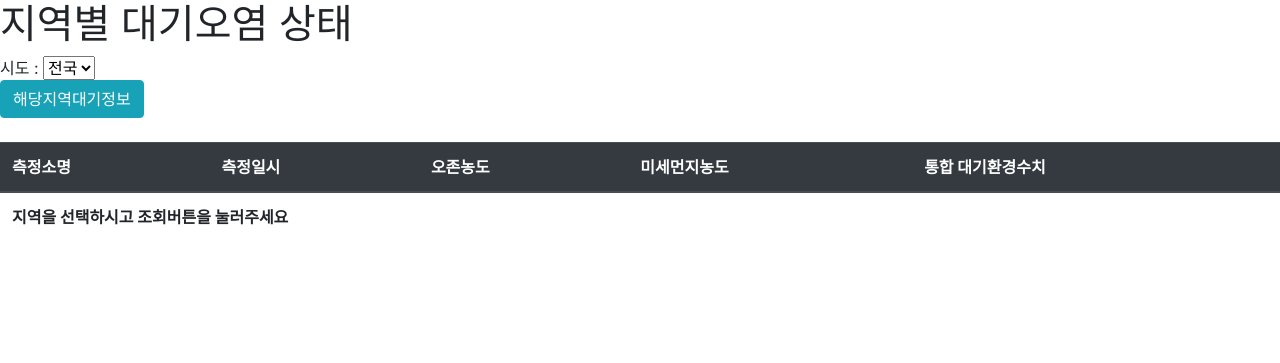
Repository: LeeSeongWook1/semi_Spring
Page: http://localhost/apiProject/
An editor plug-in stored every save of this project. The page is shown before and after the next save, followed by the edit.
The browser window is 1280 px wide. The pictures show the whole page.
The page is served by Tomcat 9. Other server files are loaded and not shown.

Above is the page before, as saved 2024-04-25 07:47:49.

### apiProject/src/main/webapp/index.jsp
<%@ page language="java" contentType="text/html; charset=UTF-8"
	pageEncoding="UTF-8"%>
<!DOCTYPE html>
<html>
<head>
<meta charset="UTF-8">
<title>Insert title here</title>
 <!-- jQuery 라이브러리 -->
    <script src="https://ajax.googleapis.com/ajax/libs/jquery/3.4.1/jquery.min.js"></script>
    <!-- 부트스트랩에서 제공하고 있는 스타일 -->
    <link rel="stylesheet" href="https://maxcdn.bootstrapcdn.com/bootstrap/4.5.2/css/bootstrap.min.css">
    <!-- 부트스트랩에서 제공하고 있는 스크립트 -->
    <script src="https://maxcdn.bootstrapcdn.com/bootstrap/4.5.2/js/bootstrap.min.js"></script>
</head>
<body>


	<h1>지역별 대기오염 상태</h1>

	시도 :
	<select id="sidoName">
		<option>전국</option>
		<option>서울</option>
		<option>부산</option>
		<option>대구</option>
		<option>인천</option>
		<option>광주</option>
		<option>대전</option>
		<option>울산</option>
		<option>경기</option>
		<option>경기</option>
		<option>강원</option>
		<option>충북</option>
		<option>충남</option>
		<option>전북</option>
		<option>전남</option>
		<option>경북</option>
		<option>경남</option>
		<option>제주</option>
		<option>세종</option>
	</select>

	<br>
	<button class="btn btn-info" id="btn1">해당지역대기정보</button>
	<br><br>


	<script>
		$(function(){
			$('#btn1').click(function(){
			/*
				$.ajax({
					url : 'air',
					data : {sidoName : $('#sidoName').val()},
					type : 'get',
					success : function(result){
						//console.log(result.response.body.items);

						const items = result.response.body.items;

						let str = '';
						for(let i in items){
							const item = items[i];

							str+= '<tr>'
								+ '<td>' +item.stationName+'</td>'
								+ '<td>' +item.dataTime + '</td>'
								+ '<td>' +item.o3Value+'</td>'
								+ '<td>' +item.pm10Value+'</td>'
								+ '<td>' +item.khaiValue+'</td>'
								+ '</tr>';
						}

						$('tbody').html();
					}
				});
				*/

				/*
					익명함수를 화살표 표기법을 이용해서 작성(가시성이 좋음)

					"function(){}"를 		"()=>{}"" 이렇게 작성할 수 있음

					"function(a){}"를		"a =>{}" 이렇게 작성할 수 있음

					"function(a,b){}"를 		"(a,b)=>{}"이렇게 작성할 수 있음

					"function(){return 'a'}"를  ()=>'a'"이렇게 작성할 수 있음

				*/

				$.ajax({
					url : 'xml',
					data : {sidoName : $('#sidoName').val()},
					type : 'get',
					success : data => {

						//console.log(data);

						//jQuery => find() : 기준이 되는 요소의 하위요소들 중 특정 요소를 찾을 떄 사용(HTML요소) -> XML 요소에도 사용가능

						//console.log($(data).find('item'));

						//XML형식의 응답데이터를 받았을떄
						//1. 응답 데이터에서 실제 데이터가 담겨있는 요소 선택
						const items = $(data).find('item');

						//2.반복문을 통해 실제 데이터가 담긴 요소들에 접근해서 동적으로 요소 만들기!
						let value='';
						items.each((i,item)=>{ //1번 i에는 index, 2번 item에는 element
							//console.log(item);
							//console.log($(item).find('stationName').text());

							value+= '<tr>'
									+'<td>' +$(item).find('stationName').text() +'</td>'
									+'<td>' +$(item).find('dataTime').text() +'</td>'
									+'<td>' +$(item).find('o3Value').text() +'</td>'
									+'<td>' +$(item).find('pm10Value').text() +'</td>'
									+'<td>' +$(item).find('khaiValue').text() +'</td>'
									+'</tr>';


						});

						$('tbody').html(value);


					},
					error : () => {
						console.log('실패');
					}
				})

			});

		})

	</script>


	<table class="table table-hover">
		<thead class="thead-dark">
			<tr>
				<th>측정소명</th>
				<th>측정일시</th>
				<th>오존농도</th>
				<th>미세먼지농도</th>
				<th>통합 대기환경수치</th>
			</tr>
		</thead>
		<tbody>
			<tr>
				<th colspan="5">지역을 선택하시고 조회버튼을 눌러주세요 </th>
			</tr>
		</tbody>
	</table>
</body>
</html>

After the next save:
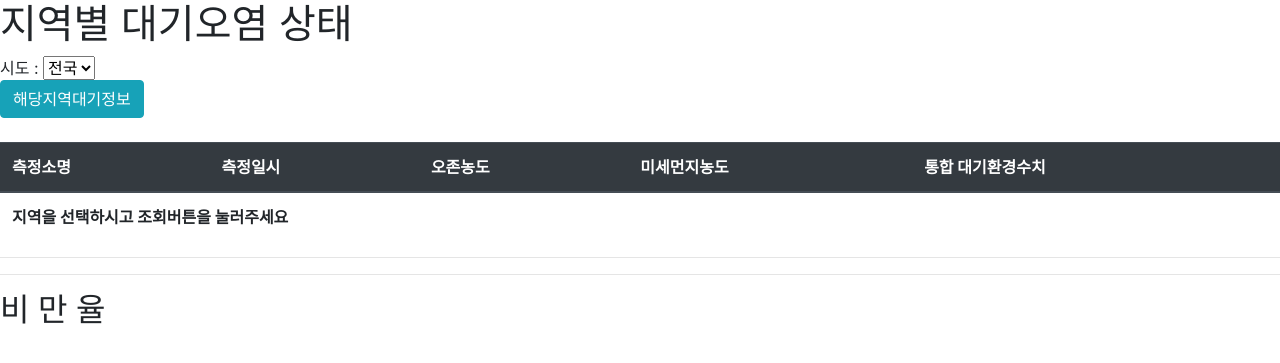
Saved 57 s later.
--- a/apiProject/src/main/webapp/index.jsp
+++ b/apiProject/src/main/webapp/index.jsp
@@ -154,5 +154,9 @@
 			</tr>
 		</tbody>
 	</table>
+
+	<hr><hr>
+
+	<h2>비 만 율</h2>
 </body>
 </html>
